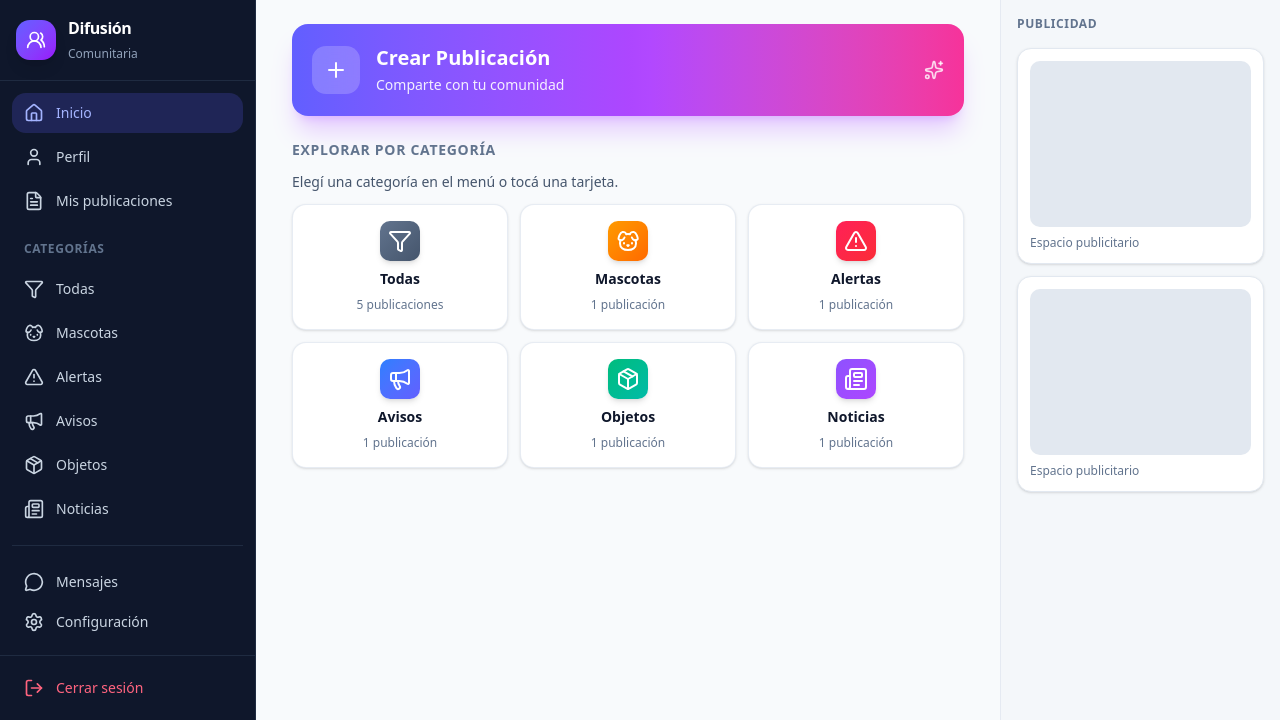
Repository: francoluca35/App-comunitaria
Page: /
An editor plug-in stored every save of this project. The page is shown before and after the next save, followed by the edit.
The browser window is 1280 px wide. The pictures show the whole page.
The project was rebuilt for these pictures with package versions that can differ from the ones it lists, and the page was loaded fresh each time. The framework's server and built-in components were replaced by stand-ins that run in the browser. Also part of the build but not shown: next.config.mjs.

Above is the page before, as saved 2026-03-06 14:06:25.

After the next save:
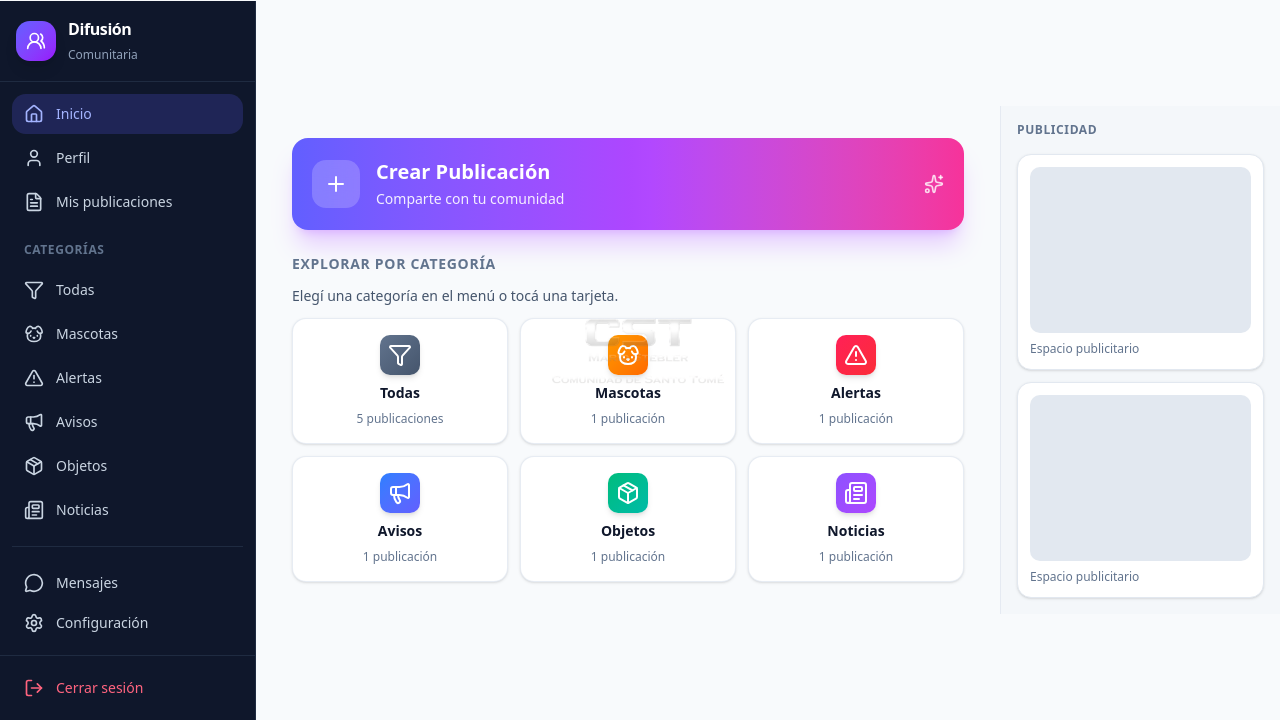
Saved 2 min 5 s later.
--- a/src/components/DashboardLayout.tsx
+++ b/src/components/DashboardLayout.tsx
@@ -9,7 +9,13 @@
   const [sidebarOpen, setSidebarOpen] = useState(false)
 
   return (
-    <div className="flex min-h-screen bg-slate-50 dark:bg-[#84041c]">
+    <div className="relative flex min-h-screen bg-slate-50 dark:bg-[#84041c] items-center justify-center">
+
+    <img
+      src="/assets/logocst.png"
+      alt="logo"
+      className="absolute w-64 opacity-20"
+    />
       {/* Sidebar izquierdo: oculto en móvil salvo overlay */}
       <div
         className={`fixed inset-y-0 left-0 z-40 lg:static lg:block ${

After the save that followed:
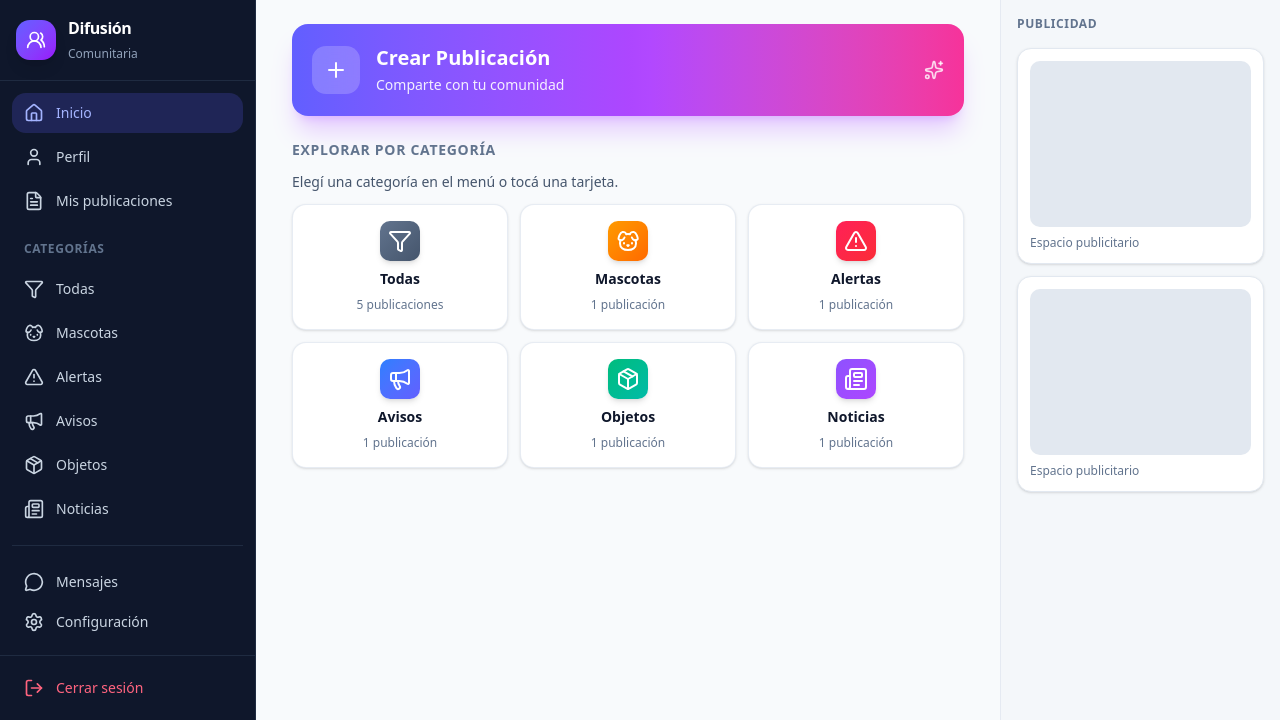
Saved 15 s later.
--- a/src/components/DashboardLayout.tsx
+++ b/src/components/DashboardLayout.tsx
@@ -9,7 +9,7 @@
   const [sidebarOpen, setSidebarOpen] = useState(false)
 
   return (
-    <div className="relative flex min-h-screen bg-slate-50 dark:bg-[#84041c] items-center justify-center">
+    <div className="relative flex min-h-screen bg-slate-50 dark:bg-[#84041c] ">
 
     <img
       src="/assets/logocst.png"
